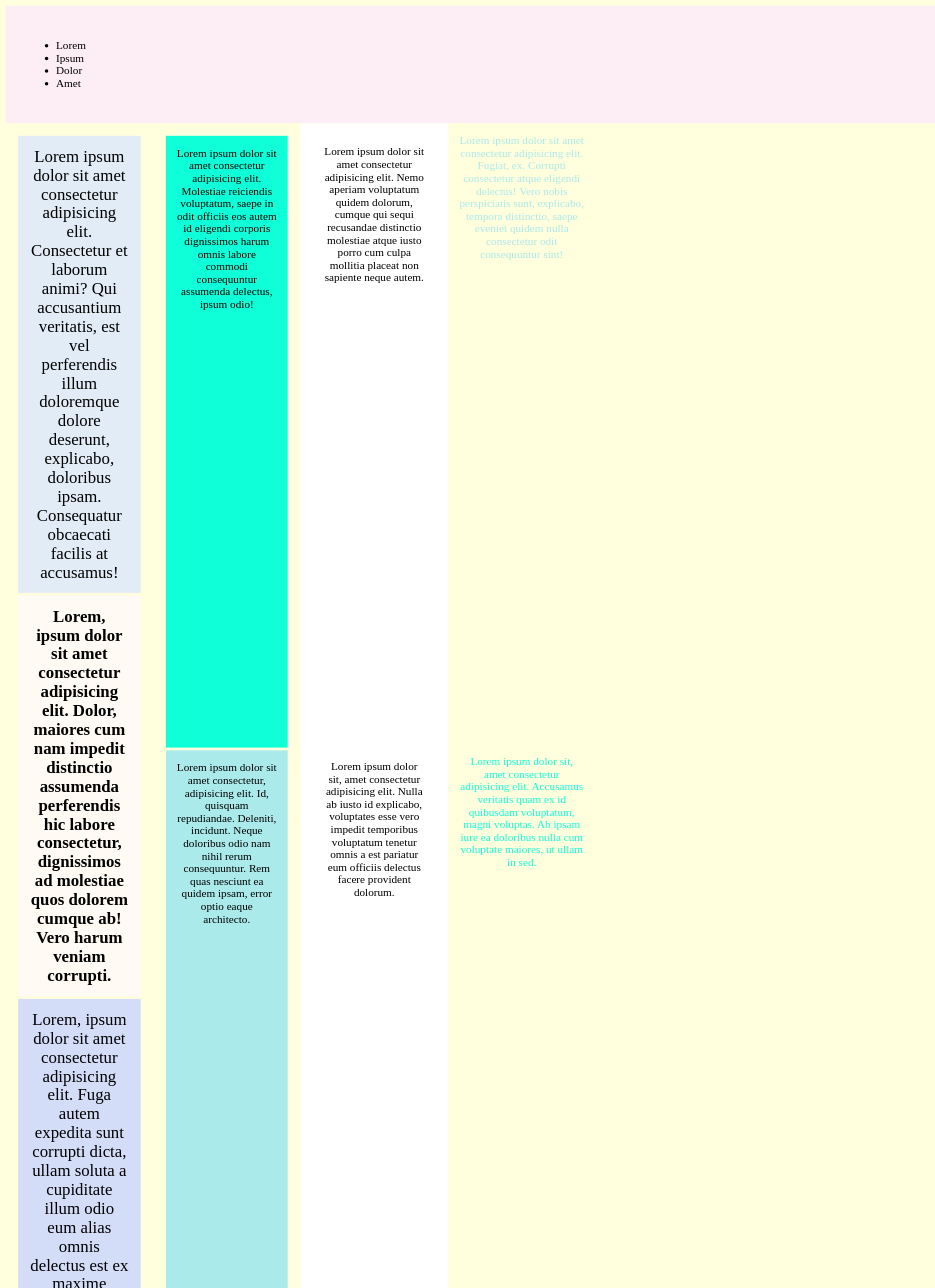
Repository: HTML-a-CSS-2/projekt-portfolio-Angelina555555
Page: .github/index.html
The author's editor kept a copy of each file at every save. The page is drawn from the files as they stood at one save, then again after the next save.
The browser window is 1280 px wide. The page is 1336 px wide, so the pictures cover 1336 px, including what lies to the right of the window. The pictures show the part of the page from y = 0 to 1840 px (the page is 9119 px tall), at 70% of full size.

Above is the page before, as saved 2022-05-14 22:50:05.

### .github/index.html
<!DOCTYPE html>
<html lang="en">
  <head>
    <meta charset="UTF-8" />
    <meta http-equiv="X-UA-Compatible" content="IE=edge" />
    <meta name="viewport" content="width=device-width, initial-scale=1.0" />
    <link rel="stylesheet" href="default.css" />
    <title>Document</title>
  </head>
  <body>
    <div class="menu">
      <ul id="menu">
        <li>Lorem</li>
        <li>Ipsum</li>
        <li>Dolor</li>
        <li>Amet</li>
      </ul>
    </div>
    <div class="container">
      <div class="article">
        <div class="article__element-jeden article__element-jeden--blue">
          Lorem ipsum dolor sit amet consectetur adipisicing elit. Consectetur
          et laborum animi? Qui accusantium veritatis, est vel perferendis illum
          doloremque dolore deserunt, explicabo, doloribus ipsam. Consequatur
          obcaecati facilis at accusamus!
        </div>
        <div
          class="article__element-dva article__element-dva--pink article__element-dva--big"
        >
          Lorem, ipsum dolor sit amet consectetur adipisicing elit. Dolor,
          maiores cum nam impedit distinctio assumenda perferendis hic labore
          consectetur, dignissimos ad molestiae quos dolorem cumque ab! Vero
          harum veniam corrupti.
        </div>
        <div class="article__element-tri article__element-tri--purple">
          Lorem, ipsum dolor sit amet consectetur adipisicing elit. Fuga autem
          expedita sunt corrupti dicta, ullam soluta a cupiditate illum odio eum
          alias omnis delectus est ex maxime obcaecati laborum totam!
        </div>
      </div>
      <div class="age">
        <div class="age__element-ctyri age__element-ctyri--green">
          Lorem ipsum dolor sit amet consectetur adipisicing elit. Molestiae
          reiciendis voluptatum, saepe in odit officiis eos autem id eligendi
          corporis dignissimos harum omnis labore commodi consequuntur assumenda
          delectus, ipsum odio!
        </div>
        <div class="age__element-pet age__element-pet--mint">
          Lorem ipsum dolor sit amet consectetur, adipisicing elit. Id, quisquam
          repudiandae. Deleniti, incidunt. Neque doloribus odio nam nihil rerum
          consequuntur. Rem quas nesciunt ea quidem ipsam, error optio eaque
          architecto.
        </div>
      </div>
      <div class="leader">
        <div class="leader__element-sest leader__element-sest--padding-small">
          Lorem ipsum dolor sit amet consectetur adipisicing elit. Nemo aperiam
          voluptatum quidem dolorum, cumque qui sequi recusandae distinctio
          molestiae atque iusto porro cum culpa mollitia placeat non sapiente
          neque autem.
        </div>
        <div class="leader__element-sedm leader__element-sedm--padding-small">
          Lorem ipsum dolor sit, amet consectetur adipisicing elit. Nulla ab
          iusto id explicabo, voluptates esse vero impedit temporibus voluptatum
          tenetur omnis a est pariatur eum officiis delectus facere provident
          dolorum.
        </div>
      </div>
      <div class="blok-posledni">
        <div class="blok-posledni__element-osm--mint">
          Lorem ipsum dolor sit amet consectetur adipisicing elit. Fugiat, ex.
          Corrupti consectetur atque eligendi delectus! Vero nobis perspiciatis
          sunt, explicabo, tempora distinctio, saepe eveniet quidem nulla
          consectetur odit consequuntur sint!
        </div>
        <div class="blok-posledni__element-devet--green">
          Lorem ipsum dolor sit, amet consectetur adipisicing elit. Accusamus
          veritatis quam ex id quibusdam voluptatum, magni voluptas. Ab ipsam
          iure ea doloribus nulla cum voluptate maiores, ut ullam in sed.
        </div>
      </div>
    </div>
  </body>
</html>

### .github/default.css
body {
  background-color: #ffffdd;
}

.menu {
  width: 100%;
  background-color: #fdedf5;
  padding: 2rem;
}

.container {
  display: grid;
  grid-template-rows: repeat(5, 1fr);
  grid-template-columns: repeat(6, 1fr);
}

.article,
.age,
.leader,
.blok-posledni {
  padding: 1rem;
  display: flex;
  flex-wrap: wrap;
  text-align: center;
}
.article__element-jeden {
  grid-column-start: 1;
  grid-column-end: span 3;
}
.article__element-jeden,
.article__element-dva,
.article__element-tri {
  display: flex;
  justify-content: center;
  align-items: center;
  padding: 1rem 1rem;
  margin: 2px;
  font-size: 1.5rem;
}

.article__element-jeden--blue {
  background-color: #e1ecf6;
}
.article__element-dva--pink {
  background-color: #fffbf4;
}
.article__element-tri--purple {
  background-color: #d4ddf7;
}

.article__element-dva--big {
  font-weight: bold;
}

.age__element-ctyri,
.age__element-pet,
.leader__element-sest,
.leader__element-sedm,
.blok-posledni__element-osm,
.blok-posledni__element-devet {
  padding: 1rem 1rem;
  margin: 2px;
}

.age__element-ctyri--green {
  background-color: #0fffd9;
}
.age__element-pet--mint {
  background-color: #aaeaeb;
}
.leader {
  background-color: white;
}
.leader__element-sest--padding-small,
.leader__element-sedm--padding-small {
  padding: 0.9rem;
}
.blok-posledni__element-osm--mint {
  color: #aaeaeb;
}

.blok-posledni__element-devet--green {
  color: #0fffd9;
}

After the next save:
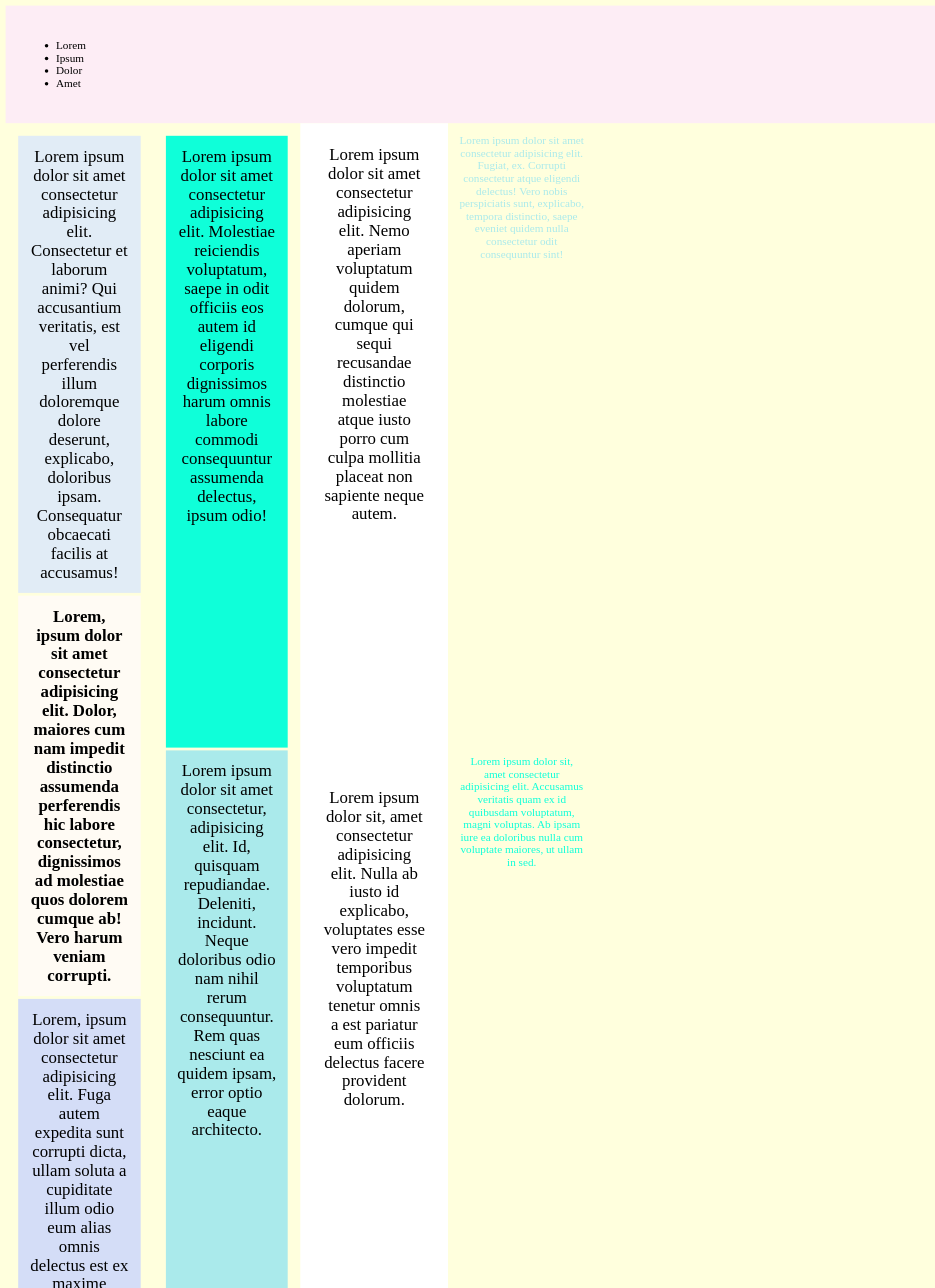
Saved 20 s later.
--- a/.github/default.css
+++ b/.github/default.css
@@ -60,6 +60,7 @@ body {
 .blok-posledni__element-devet {
   padding: 1rem 1rem;
   margin: 2px;
+  font-size: 1.5rem;
 }
 
 .age__element-ctyri--green {
